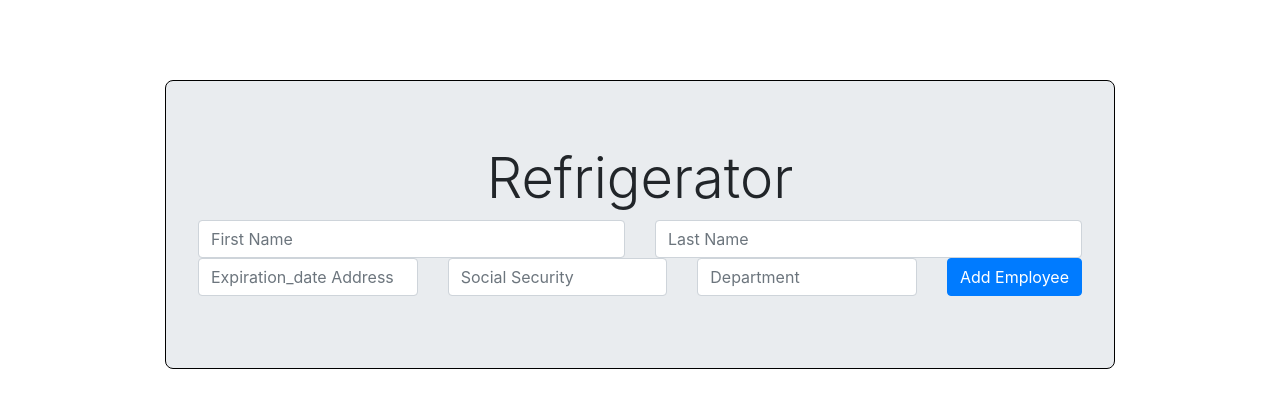
Repository: julianvanost/Week-06
Page: Day_03/FirstServer/public/index.html
An editor plug-in stored every save of this project. The page is shown before and after a run of saves, followed by the edit.
The browser window is 1280 px wide. The pictures show the whole page.
The page's requests for data from a server got no answer.

Above is the page before, as saved 2020-02-20 10:55:13.

### Day_03/FirstServer/public/index.html
<!DOCTYPE html>
<html lang="en">

<head>

  <meta charset="UTF-8">
  <meta name="viewport" content="width=device-width, initial-scale=1.0">
  <meta http-equiv="X-UA-Compatible" content="ie=edge">
  <link rel="stylesheet" href="https://stackpath.bootstrapcdn.com/bootstrap/4.4.1/css/bootstrap.min.css"
    integrity="sha384-Vkoo8x4CGsO3+Hhxv8T/Q5PaXtkKtu6ug5TOeNV6gBiFeWPGFN9MuhOf23Q9Ifjh" crossorigin="anonymous">
  <title>Submission Form</title>
  <style>
    .jumbotron {
      margin: 5rem;
      border: 1px solid #000;
      border-radius: 0.5rem;
    }
  </style>
</head>

<body>
  <div class="container">
    <div class=" jumbotron text-center">
      <h1 class="display-4">Refrigerator</h1>
      <form>
        <div class="row">
          <div class="col">
            <input type="text" class="form-control" id="food_name" placeholder="First Name">
          </div>
          <div class="col">
            <input type="text" class="form-control" id="food_type" placeholder="Last Name">
          </div>
        </div>
        <div class="row">
          <div class="col">
            <input type="text" class="form-control" id="Expiration_date" placeholder="Expiration_date Address">
          </div>
          <div class="col">
            <input type="text" class="form-control" id="ssn" placeholder="Social Security">
          </div>
          <div class="col">
            <input type="text" class="form-control" id="department" placeholder="Department">
          </div>
          <div class="col-auto">
            <button type="" id="addEmployee" class="btn btn-primary mb-2">Add Employee</button>
          </div>
        </div>
      </form>
      <div id="employees"></div>
    </div>
  </div>
  <script src="https://code.jquery.com/jquery-3.4.1.slim.min.js"></script>
  <script src="https://cdn.jsdelivr.net/npm/popper.js@1.16.0/dist/umd/popper.min.js"></script>
  <script src="https://stackpath.bootstrapcdn.com/bootstrap/4.4.1/js/bootstrap.min.js"></script>
  <script src="https://unpkg.com/axios/dist/axios.min.js"></script>
  <script>
    const getEmployees = () => {
      axios.get('/employees')
        .then(({
          data
        }) => {
          document.getElementById('employees').innerHTML = JSON.stringify(data)
        })
        .catch(e => console.error(e))
    }

    document.getElementById('addEmployee').addEventListener('click', event => {
      event.preventDefault()
      axios.post('/employees', {
          food_name: document.getElementById('food_name').value,
          food_type: document.getElementById('food_type').value,
          Expiration_date: document.getElementById('Expiration_date').value,
          ssn: document.getElementById('ssn').value,
          department: document.getElementById('department').value
        })
        .then(() => {
          getEmployees()
        })
    })

    getEmployees()
  </script>
</body>

</html>

After the next 2 saves:
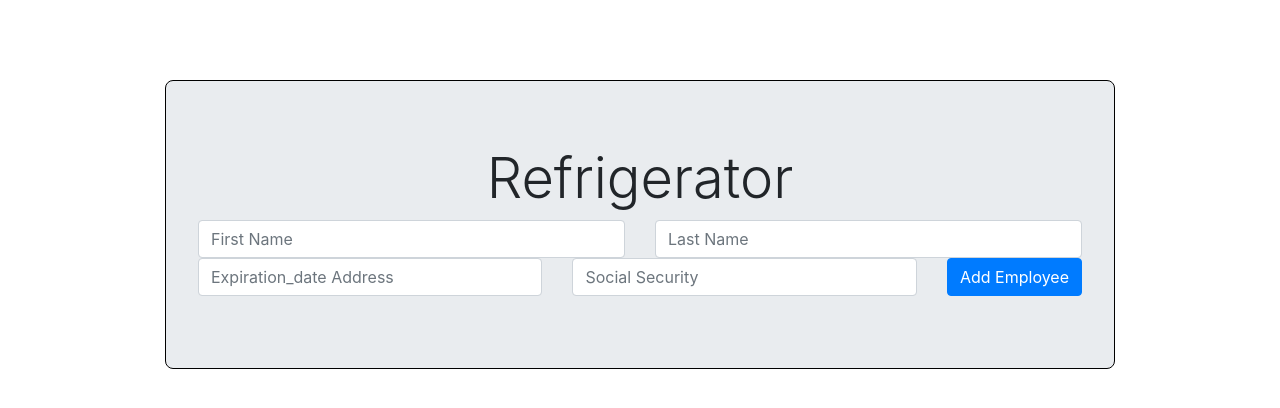
The 2 saves are shown as one change because they came seconds apart.
The last was saved 17 s later.
--- a/Day_03/FirstServer/public/index.html
+++ b/Day_03/FirstServer/public/index.html
@@ -37,9 +37,6 @@
           </div>
           <div class="col">
             <input type="text" class="form-control" id="ssn" placeholder="Social Security">
-          </div>
-          <div class="col">
-            <input type="text" class="form-control" id="department" placeholder="Department">
           </div>
           <div class="col-auto">
             <button type="" id="addEmployee" class="btn btn-primary mb-2">Add Employee</button>
